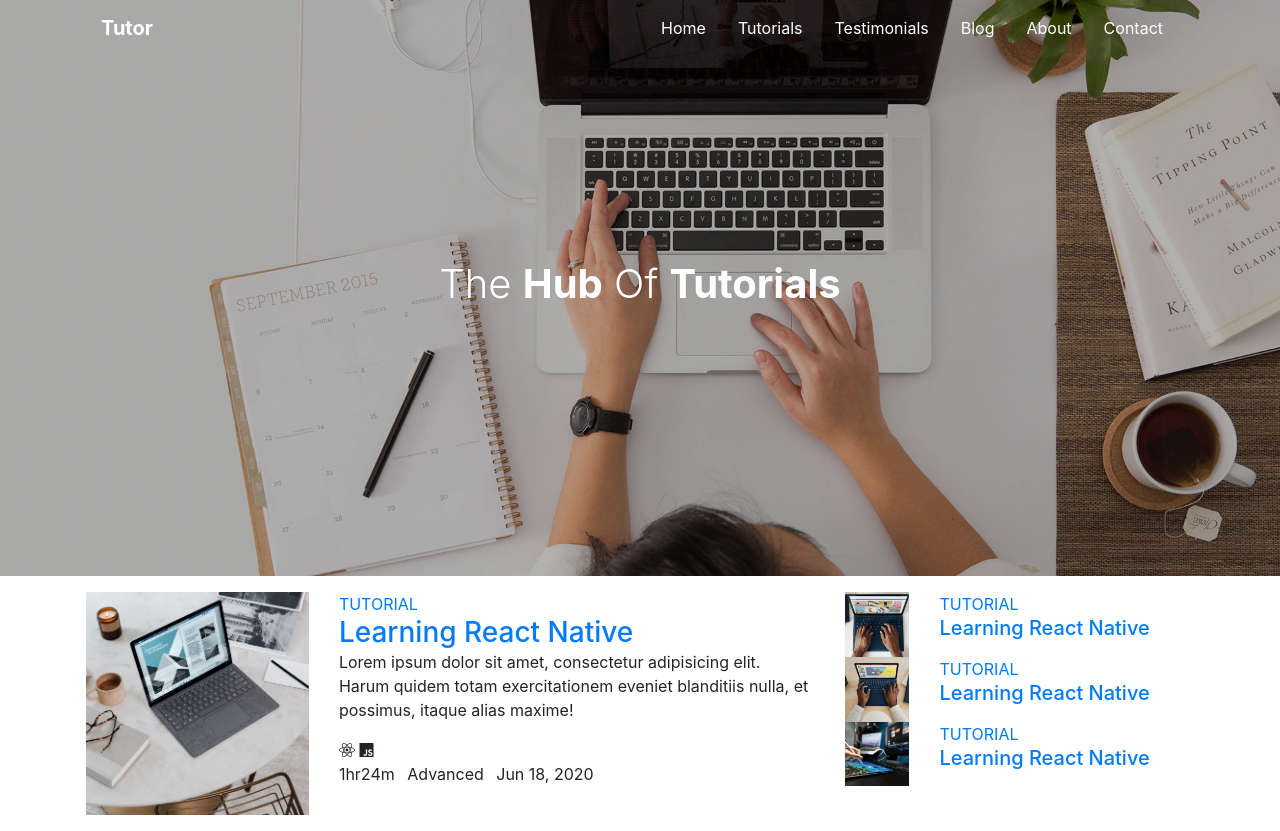
Repository: longvh2003/Tutor
Page: Views/home.html
The author's editor kept a copy of each file at every save. The page is drawn from the files as they stood at one save, then again after the next save.
The browser window is 1280 px wide. The pictures show the whole page.
Some web libraries are served in a nearby version.

Above is the page before, as saved 2020-08-12 16:49:59.

### Views/home.html
<html lang="en">

<head>
    <meta charset="UTF-8">
    <meta name="viewport" content="width=device-width, initial-scale=1.0">
    <title>Home</title>
    <link rel="stylesheet" href="https://stackpath.bootstrapcdn.com/bootstrap/4.5.2/css/bootstrap.min.css"
        integrity="sha384-JcKb8q3iqJ61gNV9KGb8thSsNjpSL0n8PARn9HuZOnIxN0hoP+VmmDGMN5t9UJ0Z" crossorigin="anonymous">
    <link rel="stylesheet" href="https://use.fontawesome.com/releases/v5.12.0/css/all.css"
        integrity="sha384-REHJTs1r2ErKBuJB0fCK99gCYsVjwxHrSU0N7I1zl9vZbggVJXRMsv/sLlOAGb4M" crossorigin="anonymous" />
        <link rel="stylesheet" href="../Css/header.css">
        <link rel="stylesheet" href="../Css/home.css">
</head>

<body>
    <section class="header">
        <div class="opacity"></div>
        <div class="container">
            <nav class="navbar navbar-light">
                <a class="navbar-brand text-white" href="#"><strong>Tutor</strong></a>
                <ul class="nav justify-content-center">
                    <li class="nav-item">
                        <a class="nav-link text-white" href="#">Home</a>
                    </li>
                    <li class="nav-item">
                        <a class="nav-link text-white" href="#">Tutorials</a>
                    </li>
                    <li class="nav-item">
                        <a class="nav-link text-white" href="#">Testimonials</a>
                    </li>
                    <li class="nav-item">
                        <a class="nav-link text-white" href="#">Blog</a>
                    </li>
                    <li class="nav-item">
                        <a class="nav-link text-white" href="#">About</a>
                    </li>
                    <li class="nav-item">
                        <a class="nav-link text-white" href="#">Contact</a>
                    </li>
                </ul>
            </nav>
            <div class="title-header">
                <h1 class="text-white">The <strong>Hub</strong> Of <strong>Tutorials</strong></h1>
            </div>
        </div>
    </section>
    <div class="container latest-content">
        <div class="row">
            <div class="col-lg-8">
                <div class="row">
                    <div class="col-md-4">
                        <img class="img-latest-content" src="../Image/img_1.jpg" alt="...">
                    </div>
                    <div class="col-md-8">
                        <div><a href="#">TUTORIAL</a></div>
                        <div><a href="#" class="h3">Learning React Native</a></div>
                        <p>Lorem ipsum dolor sit amet, consectetur adipisicing elit. Harum quidem totam exercitationem
                            eveniet blanditiis nulla, et possimus, itaque alias maxime!</p>
                        <div>
                            <span><i class="fab fa-react"></i></span>
                            <span><i class="fab fa-js"></i></span>
                        </div>
                        <p>
                            <span class="mr-2">1hr24m</span>
                            <span class="mr-2">Advanced</span>
                            <span class="mr-2">Jun 18, 2020</span>
                        </p>
                    </div>
                </div>
            </div>
            <div class="col-lg-4">
                <div class="row">
                    <div class="col-3"><img class="img-latest-content" src="../Image/img_2.jpg" alt="..."></div>
                    <div class="col-9">
                        <div><a href="#">TUTORIAL</a></div>
                        <div><a href="#" class="h5">Learning React Native</a></div>
                    </div>
                </div>
                <div class="row">
                    <div class="col-3"><img class="img-latest-content" src="../Image/img_3.jpg" alt="..."></div>
                    <div class="col-9">
                        <div><a href="#">TUTORIAL</a></div>
                        <div><a href="#" class="h5">Learning React Native</a></div>
                    </div>
                </div>
                <div class="row">
                    <div class="col-3"><img class="img-latest-content" src="../Image/img_4.jpg" alt="..."></div>
                    <div class="col-9">
                        <div><a href="#">TUTORIAL</a></div>
                        <div><a href="#" class="h5">Learning React Native</a></div>
                    </div>
                </div>
            </div>
        </div>
    </div>
</body>

</html>

### Css/header.css
body {
    font-family: "Raleway", -apple-system, BlinkMacSystemFont, "Segoe UI", Roboto,
      "Helvetica Neue", Arial, "Noto Sans", sans-serif, "Apple Color Emoji",
      "Segoe UI Emoji", "Segoe UI Symbol", "Noto Color Emoji";
  }
  .header{
      background: url(../Image/hero_bg.jpg) no-repeat center center;
      height: 36rem;
      background-size: cover;
  }
  .opacity{
      position: absolute;
      width: 100%;
      height: 36rem;
      background: rgba(0, 0, 0, 0.3);
  }
  .title-header{
      position: absolute;
      z-index: 1;
      top: 40%;
      left: 50%;
      transform: translate(-50%,-50%);
  }
  .title-header h1{
      font-weight: 300;
  }
  .title-header strong{
      font-weight: bold;
  }

### Css/home.css
.latest-content{
    padding: 1rem;
}
.img-latest-content{
    width: 100%;
    height: auto;
}

After the next save:
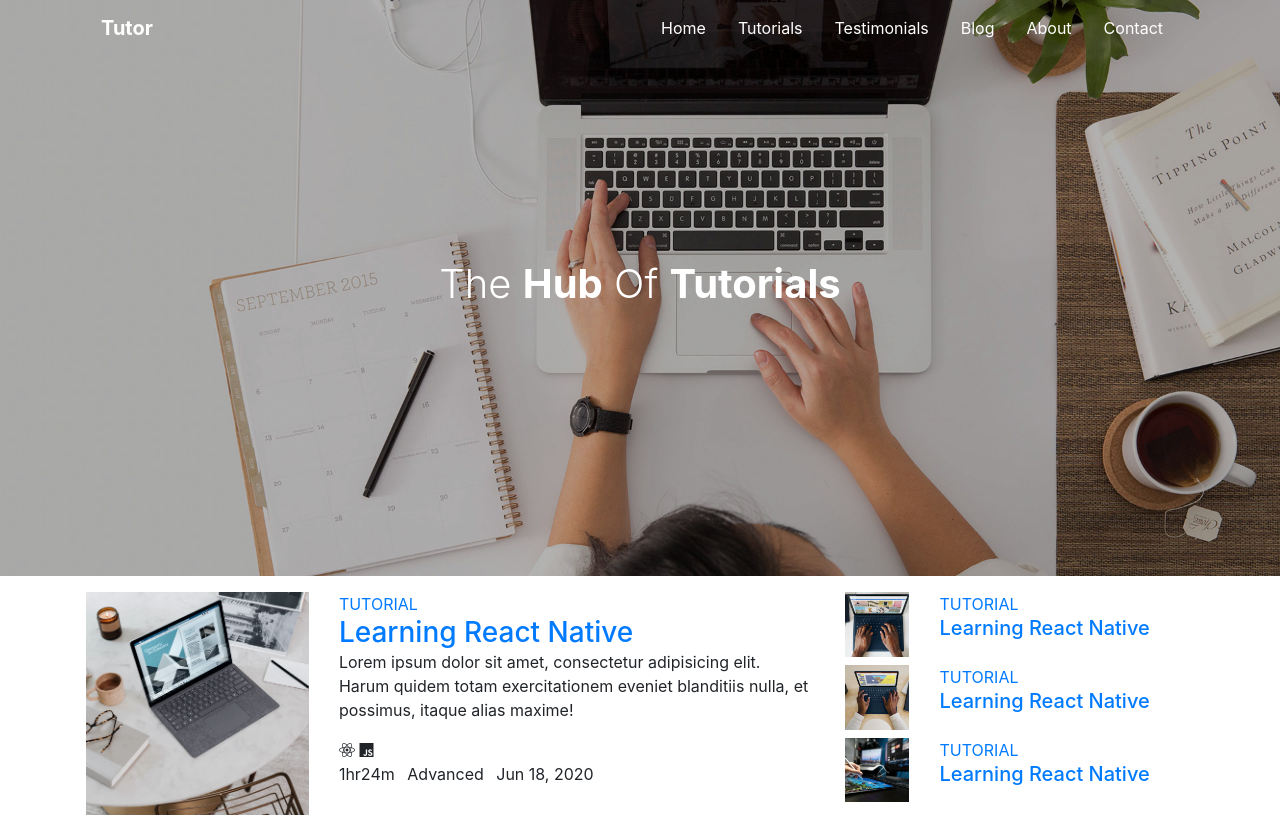
Saved 16 s later.
--- a/Views/home.html
+++ b/Views/home.html
@@ -69,21 +69,21 @@
                 </div>
             </div>
             <div class="col-lg-4">
-                <div class="row">
+                <div class="row pb-2">
                     <div class="col-3"><img class="img-latest-content" src="../Image/img_2.jpg" alt="..."></div>
                     <div class="col-9">
                         <div><a href="#">TUTORIAL</a></div>
                         <div><a href="#" class="h5">Learning React Native</a></div>
                     </div>
                 </div>
-                <div class="row">
+                <div class="row pb-2">
                     <div class="col-3"><img class="img-latest-content" src="../Image/img_3.jpg" alt="..."></div>
                     <div class="col-9">
                         <div><a href="#">TUTORIAL</a></div>
                         <div><a href="#" class="h5">Learning React Native</a></div>
                     </div>
                 </div>
-                <div class="row">
+                <div class="row pb-2">
                     <div class="col-3"><img class="img-latest-content" src="../Image/img_4.jpg" alt="..."></div>
                     <div class="col-9">
                         <div><a href="#">TUTORIAL</a></div>
